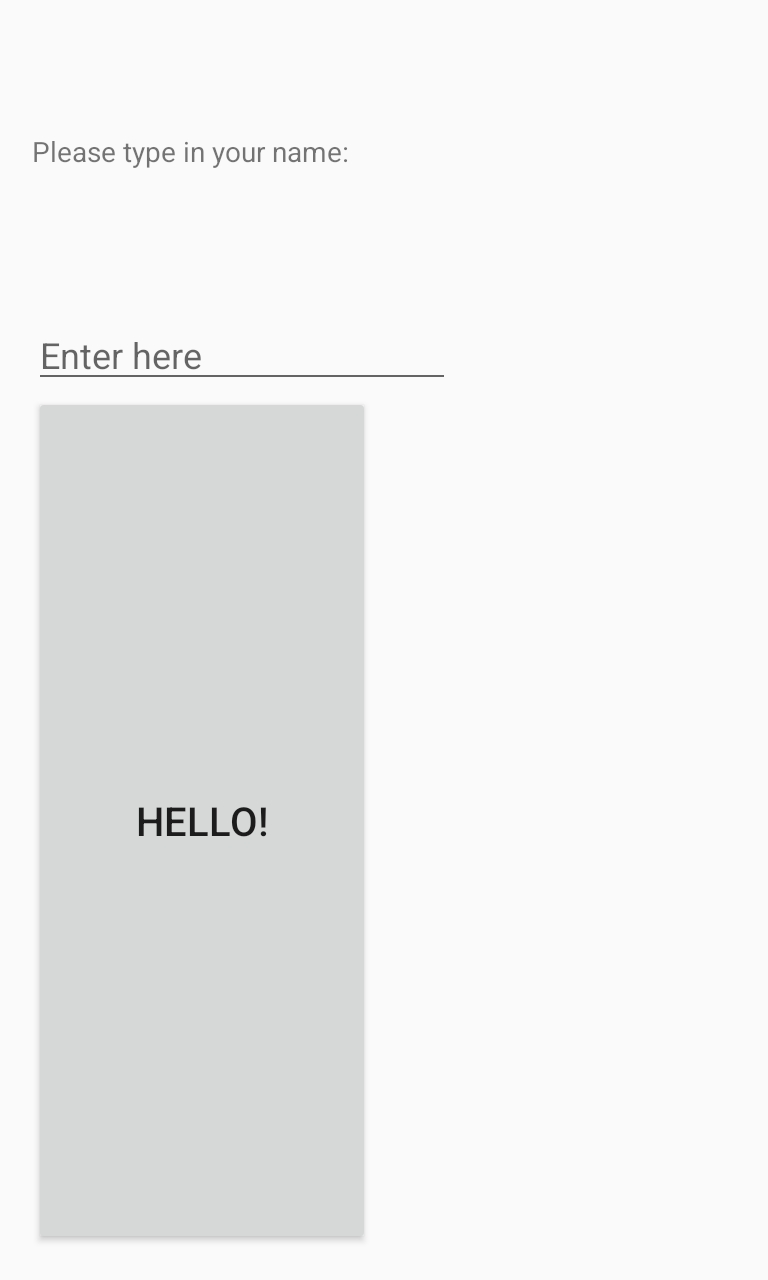
Repository: echolomaniac/HelloWorld
Layout: HelloWorld/res/layout/fragment_main.xml
The author's editor kept a copy of each file at every save. The layout is drawn from the files as they stood at one save, then again after the next save.
It is drawn on a 768 x 1280 px phone screen (xhdpi) without system bars, with theme AppBaseTheme; the app's code is not run.

Above is the layout before, as saved 2014-05-06 05:53:28.

After the next save:
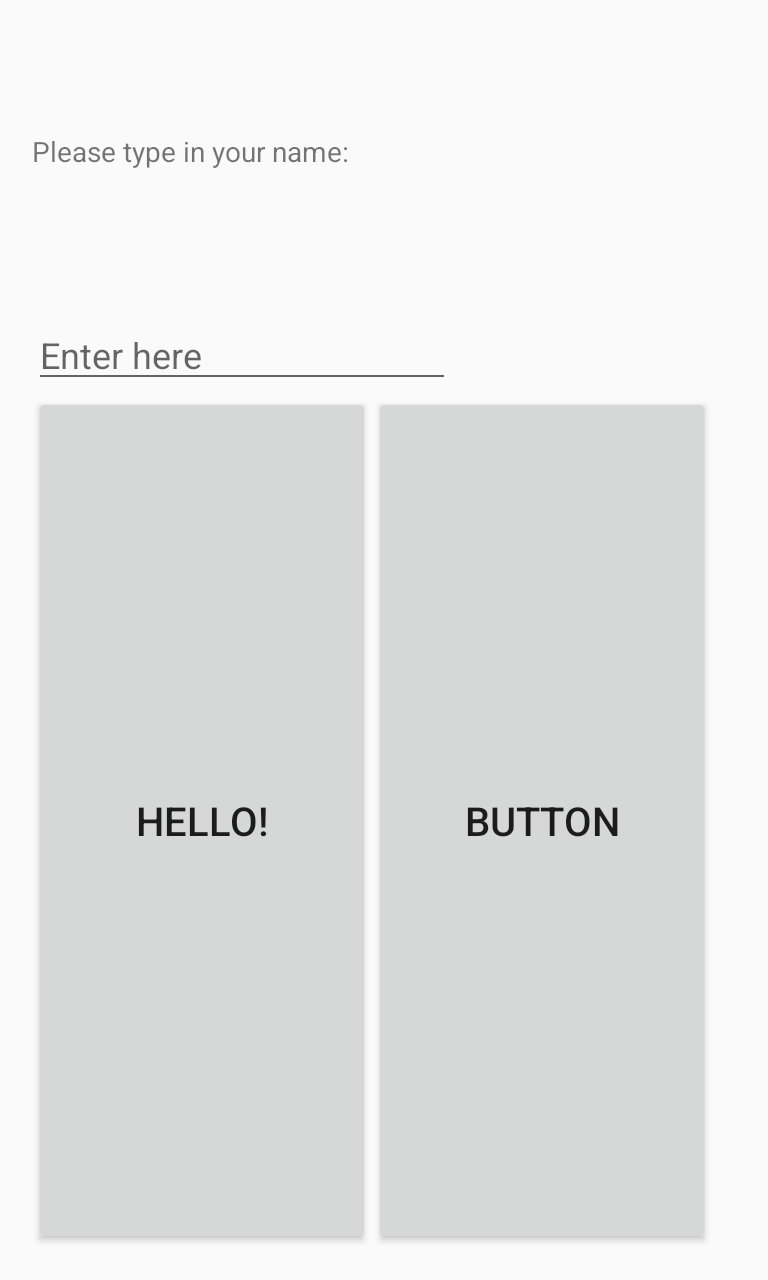
Saved 7 s later.
--- a/HelloWorld/res/layout/fragment_main.xml
+++ b/HelloWorld/res/layout/fragment_main.xml
@@ -44,7 +44,7 @@
 
             <Button
                 android:id="@+id/button2"
-                android:layout_width="0dp"
+                android:layout_width="170dp"
                 android:layout_height="match_parent"
                 android:text="Button"
                 android:textSize="20sp" />
